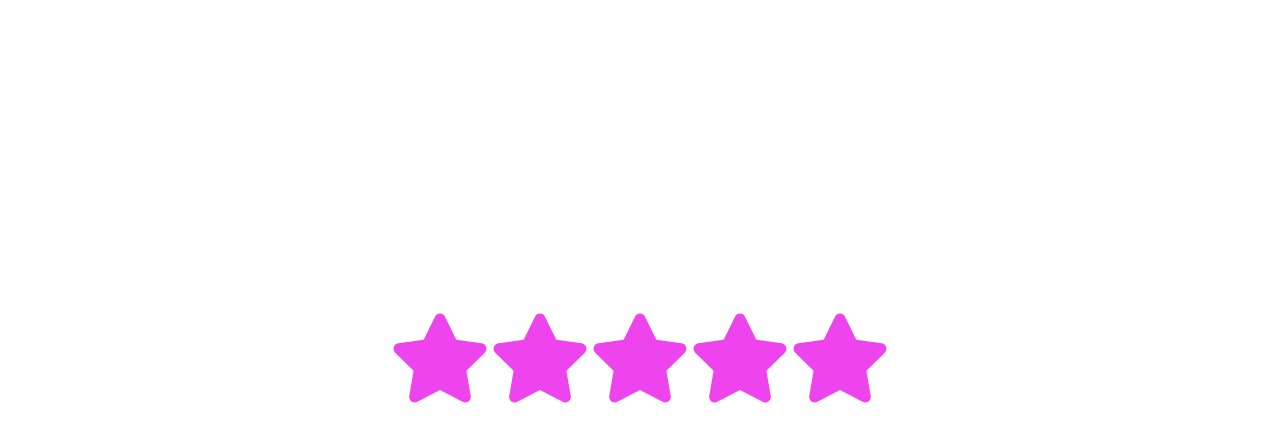
Repository: praveen-javali/star-rating
Page: /
These files come from the project's save history. The page is drawn as it stood at one moment and after a run of saves; the edit follows.
The browser window is 1280 px wide. The pictures show the whole page.
The project was rebuilt for these pictures with package versions that can differ from the ones it lists, and the page was loaded fresh each time.

Above is the page before, as saved 2022-12-18 16:31:42.

### src/App.js
import "./App.css";
import StarRating from "./components/StarRating.component";

function App() {
  return (
    <div className="App">
      <StarRating />
    </div>
  );
}

export default App;

### src/App.css
.App {
  display: flex;
  justify-content: center;
  align-items: center;
  min-height: 100vh;
}
input[type="radio"] {
  display: none;
}
.star {
  cursor: pointer;
}

### src/components/StarRating.component.jsx
import React, { useState } from "react";
import { FaStar } from "react-icons/fa";

const StarRating = () => {
  const [rating, setRating] = useState(null);
  return (
    <div>
      {[...Array(5)].map((star, index) => {
        const starValue = index + 1;
        return (
          <label key={index}>
            <input
              type="radio"
              name="rating"
              value={starValue}
              onClick={() => {
                setRating(starValue);
              }}
            />
            <FaStar className="star" color={starValue<=rating? "#ffc107":"#e4e"} size={100} />
          </label>
        );
      })}
    </div>
  );
};

export default StarRating;

Loaded but not shown: public/index.html (common file); src/index.js (common file); src/index.css (common file); src/reportWebVitals.js (common file)

After the next 3 saves:
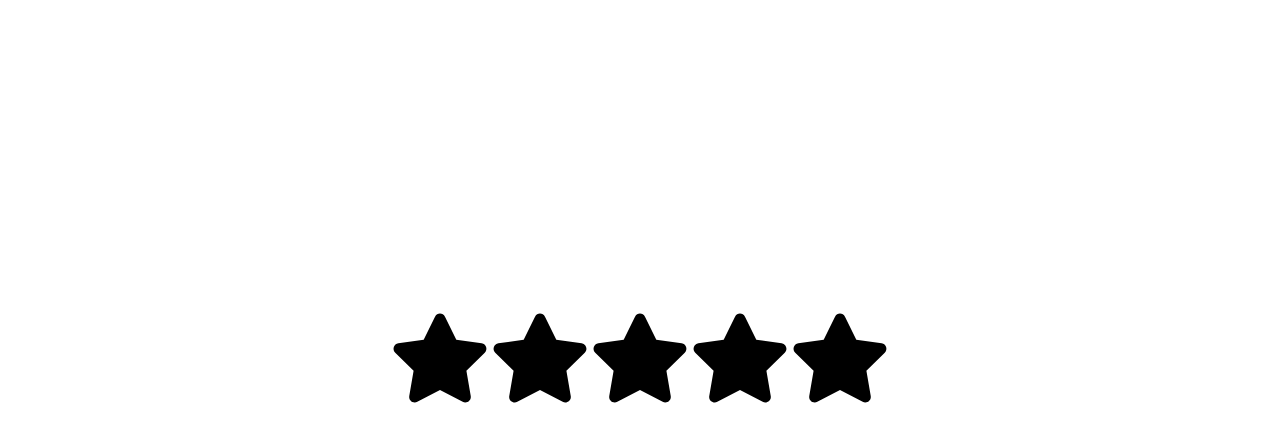
The 3 saves are shown as one change because they came seconds apart.
The last was saved 17 s later.
--- a/src/components/StarRating.component.jsx
+++ b/src/components/StarRating.component.jsx
@@ -17,7 +17,11 @@ const StarRating = () => {
                 setRating(starValue);
               }}
             />
-            <FaStar className="star" color={starValue<=rating? "#ffc107":"#e4e"} size={100} />
+            <FaStar
+              className="star"
+              color={starValue <= rating ? "#ffc107" : "#e4e59"}
+              size={100}
+            />
           </label>
         );
       })}
